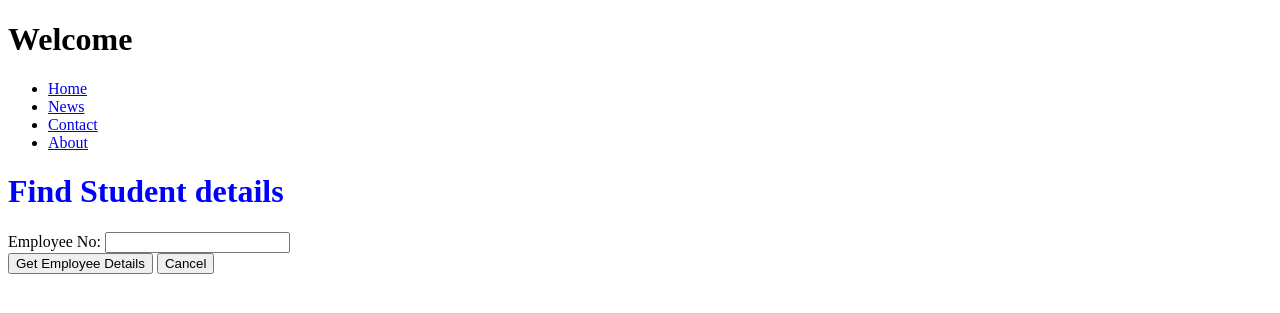
Repository: sudhaBommakanti/EmployeeWebApplication
Page: EmployeeWebApplication/WebContent/index.html
An editor plug-in stored every save of this project. The page is shown before and after the next save, followed by the edit.
The browser window is 1280 px wide. The pictures show the whole page.

Above is the page before, as saved 2022-10-18 19:03:10.

After the next save:
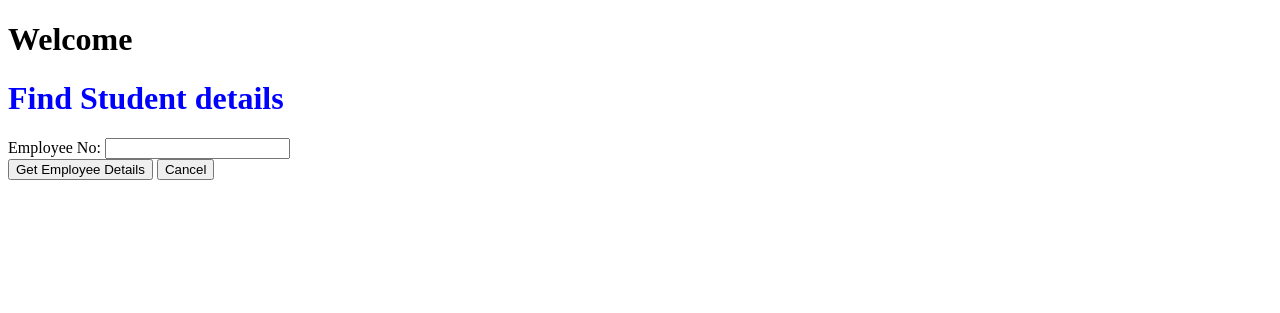
Saved 79 s later.
--- a/EmployeeWebApplication/WebContent/index.html
+++ b/EmployeeWebApplication/WebContent/index.html
@@ -6,12 +6,12 @@
 </head>
 <body>
 <h1>Welcome</h1>
-<ul>
+<!-- <ul>
   <li><a href="#">Home</a></li>
   <li><a href="#">News</a></li>
   <li><a href="#">Contact</a></li>
   <li><a href="#">About</a></li>
-</ul>
+</ul>  -->
 <h1 style="color:blue">Find Student details</h1>
 <form action="Employee-details" method="post">
    Employee No: <input type="text" name="employeeId"/><br>
